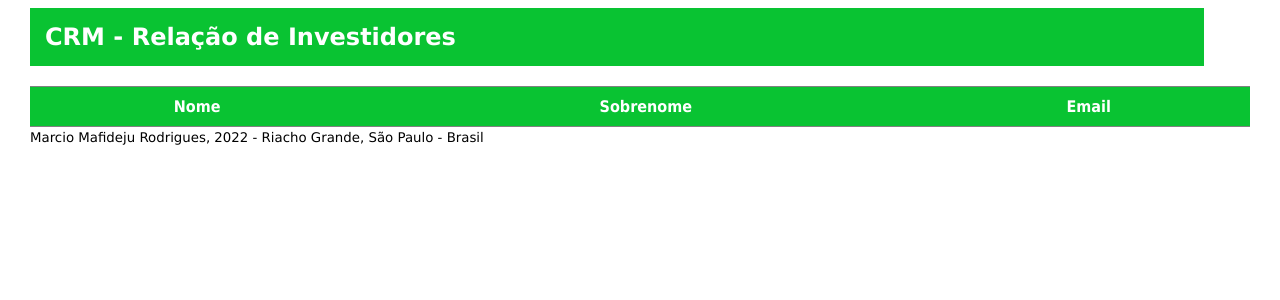
Repository: mafideju/CustomerTracker
Page: http://localhost/web-customer-tracker/WEB-INF/view/list-customers.jsp
An editor plug-in stored every save of this project. The page is shown before and after the next save, followed by the edit.
The browser window is 1280 px wide. The pictures show the whole page.
The page is served by Tomcat 9. Nobody is signed in. The template is opened directly, without the code that normally fills it, so the values that code supplies are empty.

Above is the page before, as saved 2022-01-21 21:20:14.

After the next save:
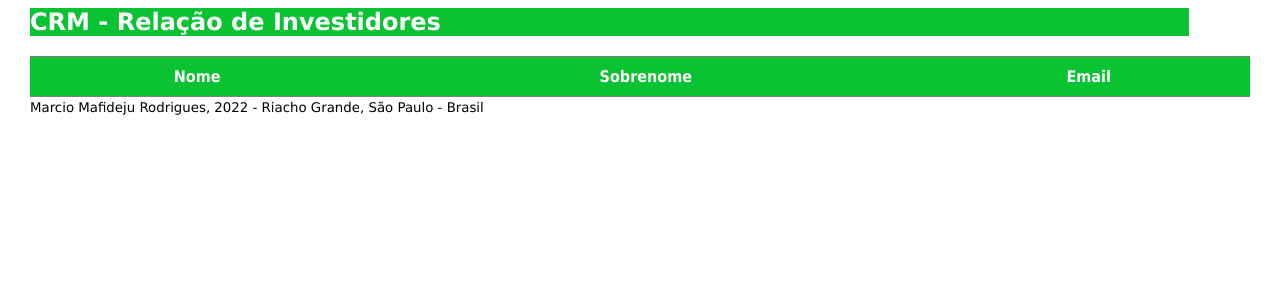
Saved 33 s later.
--- a/web-customer-tracker/WebContent/resources/css/style.css
+++ b/web-customer-tracker/WebContent/resources/css/style.css
@@ -27,7 +27,7 @@
 tr:nth-child(odd) {background: #BBBBBB}
 
 #wrapper {width: 100%; margin-top: 0px; }
-#header {width: 95%; background: #09c332; margin-top: 0px; padding:15px 0px 15px 15px;}
+#header {width: 95%; background: #09c332; margin-top: 0px;}
 #header h2 {width: 100%; margin:auto; color: #FFFFFF;}
 #container {width: 100%; margin:auto}
 #container h3 {color: #000;}

After the save that followed:
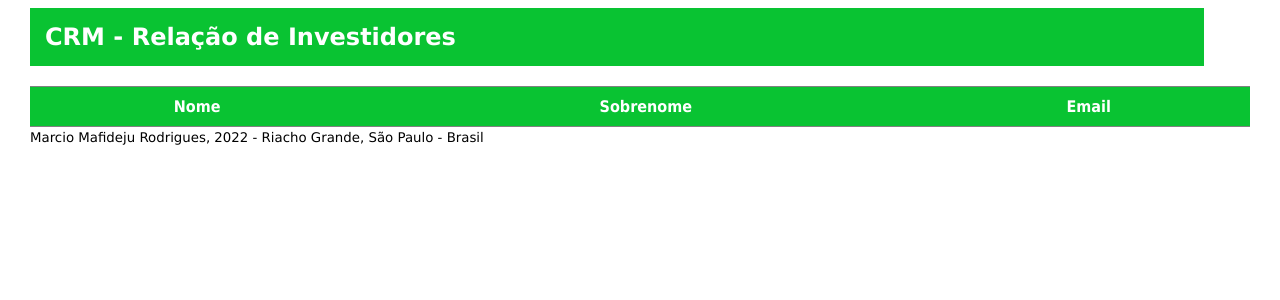
Saved 15 s later.
--- a/web-customer-tracker/WebContent/resources/css/style.css
+++ b/web-customer-tracker/WebContent/resources/css/style.css
@@ -27,7 +27,7 @@
 tr:nth-child(odd) {background: #BBBBBB}
 
 #wrapper {width: 100%; margin-top: 0px; }
-#header {width: 95%; background: #09c332; margin-top: 0px;}
+#header {width: 95%; background: #09c332; margin-top: 0px; padding:15px 0px 15px 15px;}
 #header h2 {width: 100%; margin:auto; color: #FFFFFF;}
 #container {width: 100%; margin:auto}
 #container h3 {color: #000;}
